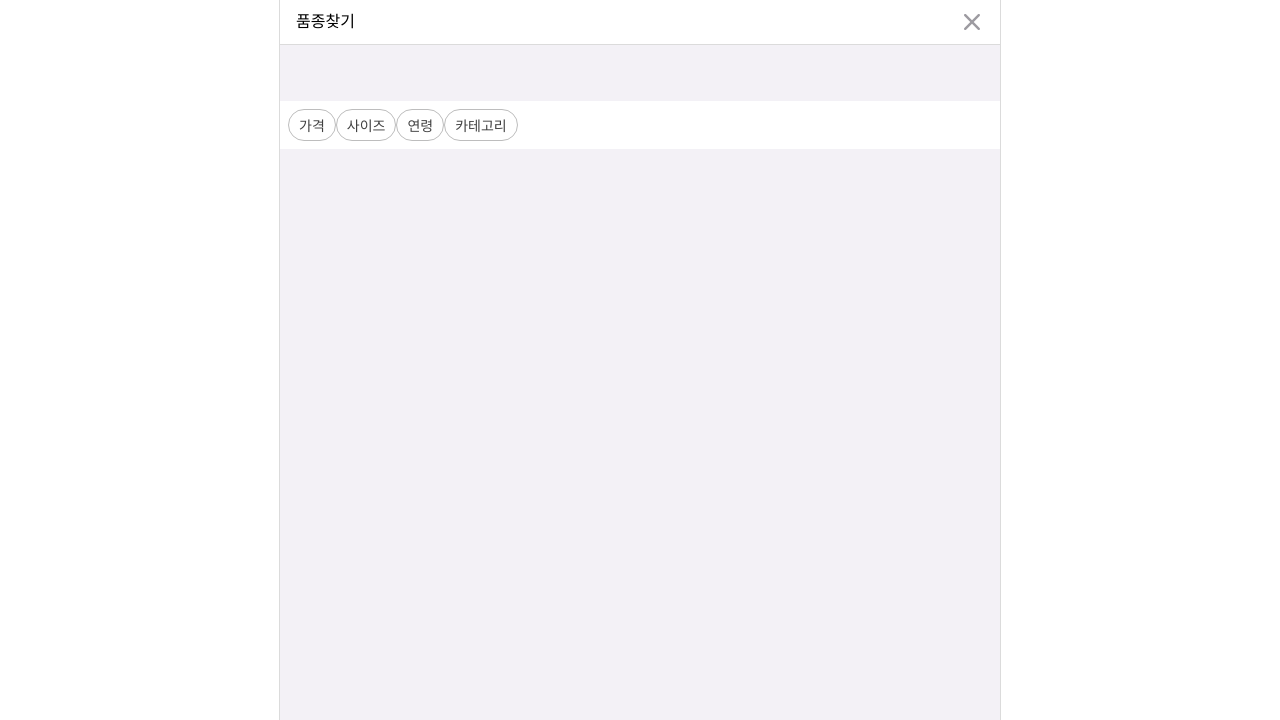
Repository: gosun1018/denguru
Page: search_breed.html
The author's editor kept a copy of each file at every save. The page is drawn from the files as they stood at one save, then again after the next save.
The browser window is 1280 px wide. The pictures show the whole page.
Some web fonts or font styles are not loaded; a fallback is used. The style sheet was rebuilt from its Sass, Less or Tailwind sources for each picture, by a compiler version that may differ from the author's.

Above is the page before, as saved 2020-04-03 17:55:17.

### search_breed.html
<!DOCTYPE html>
<html lang="ko">
<head>
    <meta charset="UTF-8">
    <meta name="viewport" content="width=device-width, initial-scale=1.0">
    <title>Document</title>
    <link rel="stylesheet" href="css/main.css">
</head>
<body>
    <div class="wrap">
        <header class="header08">
            <h1 class="h_title">품종찾기</h1>
            <a href="javascript:document.referrer? history.back() : location.href = 'home_resister_pet.html'" class="h_btn_close"><img src="images/icon-close-page.svg" alt="닫기" class="icon"></a>
        </header>

        <div class="main">
            <div class="pd_header08"></div>
            <section class="sect03 sect_filter_cate mt_head02 swiper-container">
                <h2 class="blind">필터설정</h2>
                <ul class="btn_box swiper-wrapper">
                    <li class="filter_btn swiper-slide">
                        <button type="button" class="btn_filter_popup btn btn_normal_line btn_mid btn_mid_round" aria-controls="tab-panel01">가격</button>
                    </li>
                    <!-- <li class="filter_btn swiper-slide">
                        <button type="button" class="btn_filter_popup btn btn_main btn_mid btn_mid_round" aria-controls="tab-panel01">27,000 ~ 31,000</button>
                    </li> -->
                    <li class="filter_btn swiper-slide">
                        <button type="button" class="btn_filter_popup btn btn_normal_line btn_mid btn_mid_round" aria-controls="tab-panel02">사이즈</button>
                    </li>
                    <li class="filter_btn swiper-slide">
                        <button type="button" class="btn_filter_popup btn btn_normal_line btn_mid btn_mid_round" aria-controls="tab-panel03">연령</button>
                    </li>
                    <li class="filter_btn swiper-slide">
                        <button type="button" class="btn_filter_popup btn btn_normal_line btn_mid btn_mid_round" aria-controls="tab-panel04">카테고리</button>
                    </li>
                    <!-- <li class="filter_btn swiper-slide">
                        <button type="button" class="btn_filter_popup btn btn_main btn_mid btn_mid_round" aria-controls="tab-panel04">카테고리 <span class="num">2</span></button>
                    </li> -->
                </ul>
            </section>
        </div>
    </div>
</body>
</html>

### css/scss/main.scss
@charset "utf-8";

//utils
@import "utils/variables";
@import "utils/mixins";
@import "utils/animations";

// base
@import "base/reset";
@import "base/layout";
@import "base/typography";

//modules
@import "modules/swipercustom";
@import "modules/form";
@import "modules/button";
@import "modules/popup";
@import "modules/popover";
@import "modules/toast";
@import "modules/pagination";

//component
@import "component/header";
@import "component/navigation";
@import "component/itemlist";
@import "component/reviewlist";
@import "component/taglist";
@import "component/postlist";
@import "component/postcontent";

//pages
@import "pages/mainpg";
@import "pages/search";
@import "pages/resister-pet";
@import "pages/review";
@import "pages/home-item-info";
@import "pages/gostore";
@import "pages/store";
@import "pages/password-mail-complete";
@import "pages/my-main";
@import "pages/my-notification";
@import "pages/members";
@import "pages/withdrawal";
@import "pages/order-history";
@import "pages/mycomplain";
@import "pages/category-special";
@import "pages/pick";
@import "pages/personal-info";

### css/scss/utils/_variables.scss
@import url(https://cdn.jsdelivr.net/gh/moonspam/NanumSquare@1.0/nanumsquare.css);

//base color
$main-color: #7953d0;//#5f4899;
$main-bold-color: #5b13d6;
$secondary-color: #ffb025;
$accent-color: #ff4d7e;//#d72d5c;
$primary-color: #0095c6;
$bg-gray-color: #f3f1f6;

//gray-scale
$gray-0: #fff;
$gray-1: #f5f5f5;
$gray-2: #dbdbdb;
$gray-3: #bdbdbd;
$gray-4: #9e9e9e;
$gray-5: #747474;
$gray-6: #616161;
$gray-7: #414141;
$gray-8: #141414;

//FONT

//font-color
$bold-font-color: $gray-8;
$base-font-color: $gray-7;
$light-font-color: $gray-6;
$x-light-font-color: $gray-5;
$main-font-color: $main-color;
$main-bold-font-color: $main-bold-color;
$accent-font-color: $accent-color;
$primary-font-color: $primary-color;

//font-family
$base-font-family: 'NanumSquare','Apple SD Gothic Neo','Malgun Gothic',arial,sans-serif;

//font-size
$base-font-size: 14px;
$xsmall-font-size: ceil($base-font-size * 0.71); //10px
$small-font-size: ceil($base-font-size * 0.85); //12px
$mid-font-size: ceil($base-font-size * 0.92); //13px
$large-font-size: ceil($base-font-size * 1.14); //16px

$title-font-size: ceil($base-font-size * 1.28); //18px

//line-height
$base-line-height: 1.4;
$narrow-line-height: 1.2;
$mid-line-height: 1.6;
$wide-line-height: 1.8;

//
$layout-base-padding: 16px;
$layout-small-padding: $layout-base-padding / 2;
$layout-large-padding: $layout-base-padding * 1.5;

// border
$base-border: 1px solid $gray-3;
$light-border: 1px solid $gray-2;
$x-light-border: 1px solid $gray-1;
$main-border: 1px solid $main-color;
$secondary-border: 1px solid $secondary-color;
$accent-border: 1px solid $accent-color;
$primary-border: 1px solid $primary-color;

//border-radius
$base-border-radius: 5px;
$large-border-radius: 10px;

// fixed component height
$gnb-bottom-height: $layout-base-padding * 3.5;
$nav-gostore-height: 48px;
$nav-edit-pick-height: $layout-base-padding * 3.5;

$header-height01: $layout-base-padding * 3.5;
$header-height02: $layout-base-padding * 3.5;
$header-height03: 45px;
$header-height04: 45px;
$header-height05: 45px;
$header-height06: $layout-base-padding * 3.5;
$header-height08: 45px;

### css/scss/utils/_mixins.scss
@mixin clearfix {
    &:after {
        content: '';
        display: block;
        clear: both;
    }
}

@mixin position-center($position) {
    position: $position;
    top: 50%;
    left: 50%;
    transform: translate(-50%, -50%);
}

@mixin one-line-ellipsis {
    white-space: nowrap;
    text-overflow: ellipsis;
    overflow: hidden;
}

@mixin multi-line-ellipsis ($line-height, $lines) {
    overflow: hidden;
    text-overflow: ellipsis;
    display: -webkit-box;
    -webkit-line-clamp: $lines;
    -webkit-box-orient: vertical;
    word-wrap: break-word;
    line-height: $line-height;
    height: $line-height * $lines * 1em;
}

@mixin circle ($box-size) {
    width: $box-size;
    height: $box-size;
    border-radius: $box-size / 2;
}

@mixin blind {
    position: absolute;
    overflow: hidden;
    clip: rect(0 0 0 0);
    margin: -1px;
    width: 1px;
    height: 1px;
}

@mixin layout-frame {
    width: 100%;
    max-width: 720px;
    min-width: 320px;
}

@mixin thumnail {
    position: relative;
    overflow: hidden;

    .img {
        position: absolute;
        top: 0;
        left: 0;
        width: 100%;
        height: 100%;
        object-fit: cover;
    }
}

@mixin thumnail-border($radius) {
    position: relative;

    &:after {
        content: '';
        position: absolute;
        top: 0;
        left: 0;
        width: 100%;
        height: 100%;
        box-sizing: border-box;
        border: 1px solid rgba($gray-2, 0.5);
        border-radius: $radius;
    }
}

@mixin btn-color-full($color) {
    background-color: $color;
    border: 1px solid $color;
}

### css/scss/utils/_animations.scss
@keyframes width-0-to-100 {
    from {
        width: 0;
    }

    to {
        width: 100%;
    }
}

### css/scss/base/_reset.scss
/* http://meyerweb.com/eric/tools/css/reset/
   v2.0 | 20110126
   License: none (public domain)
*/

html, body, div, span, applet, object, iframe, h1, h2, h3, h4, h5, h6, p, blockquote, pre, a, abbr, acronym, address, big, cite, code, del, dfn, em, img, ins, kbd, q, s, samp, small, strike, strong, sub, sup, tt, var, b, u, i, center, dl, dt, dd, ol, ul, li, fieldset, form, label, legend, table, caption, tbody, tfoot, thead, tr, th, td, article, aside, canvas, details, embed, figure, figcaption, footer, header, hgroup, menu, nav, output, ruby, section, summary, time, mark, audio, video {
    margin: 0;
    padding: 0;
    border: 0;
    font-size: 100%;
    font: inherit;
    vertical-align: baseline; }

  /* HTML5 display-role reset for older browsers */

  article, aside, details, figcaption, figure, footer, header, hgroup, menu, nav, section {
    display: block; }

  body {
    line-height: 1; }

  ol, ul {
    list-style: none; }

  blockquote, q {
    quotes: none; }

  blockquote {
    &:before, &:after {
      content: '';
      content: none; } }

  q {
    &:before, &:after {
      content: '';
      content: none; } }

  table {
    border-collapse: collapse;
    border-spacing: 0; }

  a {
    color: inherit;
    text-decoration: none;
  }
  :focus {
    outline-color: $main-color;
  }

### css/scss/modules/_swipercustom.scss
.swiper-pagination {

    .swiper-pagination-bullet {
        width: 8px;
        height: 8px;
    }
}
.swiper-container-horizontal>.swiper-pagination-bullets .swiper-pagination-bullet {
    margin: 0 $layout-small-padding;
}

.pagination_main {
    .swiper-pagination-bullet {
        background-color: #b8b3c3;
        opacity: 1;
    }
    .swiper-pagination-bullet-active {
        background-color: $main-color;
    }
}
.pagination_white {
    .swiper-pagination-bullet {
        background-color: #b8b3c3;
        opacity: 1;
    }
    .swiper-pagination-bullet-active {
        background-color: $gray-0;
    }
}
.swiper-pagination {font-size: 0;}

.items_wrap.swiper-container {
    padding: 0 $layout-base-padding 10px;
}

### css/scss/modules/_popover.scss
.popover_container {
    position: relative;
}
.popover {
    display: none;
    position: absolute;
    padding: 8px;
    border-radius: $base-border-radius;
    word-break: keep-all;
    font-size: $base-font-size;
    line-height: $base-line-height;
    box-shadow: 0 1px 4px rgba(0,0,0,0.15);

    &:before {
        content: '';
        position: absolute;
        display: block;
        width: 12px;
        height: 12px;
        // border: 5px solid transparent;
        background-repeat: no-repeat;
        background-size: contain;
        background-position: center bottom;
    }
    &.show {
        display: block;
    }
}
.popover_main {
    background-color: #ebe3ff;
    color: $base-font-color;
    border: 1px solid #cac2de;

    &.popover_right_top:before {
        background-image: url(/images/popover-triangle-main.png);
    }
}
.popover_right_top{
    top: calc(100% + 6px);
    right: -5px;

    &:before {
        top: -12px;
        right: 5px;
    }
}

### css/scss/modules/_toast.scss
.toast_box {
    position: fixed;
    bottom: $gnb-bottom-height;
    left: $layout-base-padding;
    right: $layout-base-padding;
    display: flex;
    justify-content: center;
    align-items: center;
    padding: $layout-small-padding;
    min-height: 48px;
    box-sizing: border-box;
    background-color: rgba(0,0,0,0.85);
    color: #fff;
    font-size: $base-font-size;
    line-height: $base-line-height;
    text-align: center;
    word-break: keep-all;
    border-radius: $large-border-radius;
    overflow: hidden;
    visibility: hidden;
    opacity: 0;
    transition: opacity .5s, visibility .5s, transform .5s;
    z-index: 900;

    &.show {
        opacity: 1;
        visibility: visible;
        transform: translate(0, $layout-small-padding*-1);
    }
}

### css/scss/modules/_pagination.scss
.pagination01 {
    display: flex;
    justify-content: center;

    .page {
        height: 24px;
        min-width: 24px;
        padding: 0 3px;
        box-sizing: border-box;
        border-radius: 12px;
        margin: 0 4px;
        text-align: center;
        font-size: $base-font-size;
        line-height: 24px;
        color: $light-font-color;

        &.active {
            background-color: $main-color;
            color: $gray-0;
            font-weight: 900;
        }
        &.disabled {
            opacity: .5;
        }
    }
    .page_link {
        display: block;
        width: 100%;
        height: 100%;

        .icon {
            padding-top: 3px;
            // height: 100%;
            object-fit: contain;
        }
    }
}

### css/scss/component/_taglist.scss
.tag_list01 {

    .tag_item {
        width: fit-content;
        float: left;

        .btn {
            margin: 0 4px;
        }
        &:first-child .btn {
            margin-left: $layout-base-padding;
        }
        &:last-child .btn {
            margin-right: $layout-base-padding;
        }

        &.active .btn {
            font-weight: bold;
            background-color: $secondary-color;
            border-color: $secondary-color;
        }
    }
}

### css/scss/component/_postlist.scss
.post_list_wrap {
    flex: 1;
    padding: $layout-small-padding 0 $layout-base-padding;
    background-color: $gray-0;

    .pagination01 {
        margin-top: $layout-base-padding * 2;
    }
}

.post_list01 {
    padding: 0 $layout-base-padding;

    .post_item {
        padding: $layout-base-padding 0;
        border-bottom: $light-border;
    }
    .post_date {
        margin-bottom: $layout-small-padding;
        font-size: $small-font-size;
        color: $light-font-color;
    }
    .post_title {
        font-size: $base-font-size;
        color: $bold-font-color;
        @include multi-line-ellipsis($base-line-height,2);
        height: auto;
        max-height: $base-line-height * 2em;

        .icon_new {
            height: 1em;
            vertical-align: middle;
        }
    }
}

### css/scss/pages/_gostore.scss
.h_load_bar_box {
    display: none;
    width: 100%;
    height: 4px;
    background-color: $bg-gray-color;
    overflow: hidden;

    &.show {
        display: block;
    }

    .h_load_bar {
        width: 0;
        height: 100%;
        background-color: $main-color;
        border-radius: 0 2px 2px 0;
        animation: ease-in-out 5s forwards width-0-to-100;
    }
}

.load_gostore_container {
    display: none;
    flex: 1;
    box-sizing: border-box;
    flex-direction: column;
    background-color: $gray-0;

    &.show {
        display: flex;
    }

    .load_img_container {
        display: flex;
        flex: 7;
        justify-content: center;
        align-items: center;
    }
    .load_img_box {
        width: 140px;
        margin: 0 auto 22px;
    }
    .load_txt_box {
        text-align: center;

        .txt01 {
            font-size: 20px;
            color: $base-font-color;
            font-weight: 900;
        }
        .txt02 {
            margin-top: $layout-small-padding;
            font-size: $large-font-size;
            color: $base-font-color;
        }
        .emph {
            color: $main-font-color;
        }
    }
    .load_notice_container {
        display: flex;
        justify-content: center;
        align-items: center;
        flex: 3;
        background-color: $gray-1;
        text-align: center;
        font-size: $small-font-size;
        line-height: $base-line-height;
        color: $light-font-color;
    }
}
.page_store {
    display: none;
    flex: 1;
    overflow-y: auto;
    overflow-x: hidden;

    &.show {
        display: block;
    }
}

### css/scss/pages/_password-mail-complete.scss
.mail_complete_container {
    height: 100vh;
    display: flex;
    flex-direction: column;
    justify-content: center;
    align-items: center;
    background-color: $gray-0;

    .img_motion_box {
        width: 140px;
        margin: 0 auto;

        .img {
            width: 100%;
        }
    }
    .mail_complete_txt01 {
        margin-top: $layout-large-padding;
        text-align: center;
        font-size: 20px;
        line-height: $narrow-line-height;
        font-weight: 900;

        .emph {
            color: #8054ea;
        }
    }
    .mail_complete_txt02 {
        margin-top: 12px;
        text-align: center;
        font-size: $base-font-size;
        line-height: $base-line-height;
        color: $base-font-color;
    }
    .btn_box {
        margin-top: 60px;
        justify-content: center;
    }
    .btn_mail_success {
        width: 90px;
        height: 40px;
        font-size: $large-font-size;
        line-height: 40px;
    }
}

### css/scss/pages/_my-notification.scss
.notification_list_container {
    background-color: $gray-0;

    .notification_box {
        position: relative;
        padding: $layout-large-padding $layout-base-padding;

        &:not(:first-child):before {
            content: '';
            display: block;
            position: absolute;
            top: 0;
            left: $layout-base-padding;
            right: $layout-base-padding;
            height: 1px;
            background-color: $gray-1;
        }
    }
    .notification_new {
        background-color: $bg-gray-color;
    }
    .notification_link {
        display: flex;
    }
    .icon_box {
        flex-shrink: 0;
        width: 24px;
        height: 24px;
        margin-right: $layout-base-padding;
    }
    .notification_content {
        flex: 1;
    }
    .notification_title {
        font-size: $base-font-size;
        color: $bold-font-color;
        line-height: $base-line-height;
    }
    .notification_date {
        margin-top: 4px;
        font-size: $small-font-size;
        color: $light-font-color;
    }
    .notification_img {
        margin-top: $layout-base-padding;
    }
}

### css/scss/pages/_withdrawal.scss
.withdrawal_title_container {
    padding: $layout-base-padding*2 $layout-base-padding;
    background-color: $gray-0;

    .img_box {
        height: 64px;

        .img {
            height: 100%;
            object-fit: contain;
        }
    }
    .withdrawal_title {
        margin-top: $layout-base-padding;
        font-size: $title-font-size;
        font-weight: bold;
        color: $bold-font-color;
    }
}
.withdrawal_info_container {
    padding: $layout-large-padding 0;

    .withdrawal_item_num {
        font-weight: bold;
        color: $main-font-color;
    }
    .title07 {
        margin: 0 $layout-base-padding;
    }
}
.withdrawal_item_box {
    margin-bottom: $layout-large-padding;

    .withdrawal_item_list_container {
        margin-top: $layout-small-padding;
    }
    .thumb_box {
        width: 56px;
        height: 56px;
        overflow: hidden;
        border-radius: $base-border-radius;
        @include thumnail;
    }
    .withdrawal_item_bnr {
        margin: $layout-base-padding $layout-base-padding 0;
    }
}
.withdrawal_notice_box {
    padding: 0 $layout-base-padding;

    .withdrawal_notice {
        margin-top: $layout-small-padding;
        font-size: $small-font-size;
        color: $base-font-color;
        line-height: $base-line-height;
    }
}
.withdrawal_btn_container {
    flex: 1;
    padding: $layout-large-padding $layout-base-padding;
    background-color: $gray-0;

    .btn_box {
        margin-top: $layout-large-padding;
    }
}

### css/scss/pages/_category-special.scss
.category_wrap {
    background-color: $gray-0;

    .title08 {
        padding: $layout-large-padding $layout-base-padding 0;
    }
}

.special_wrap {
    margin-top: $layout-small-padding;
    padding-bottom: $layout-large-padding;
    flex: 1;
    background-color: $gray-0;

    .title08 {
        padding: $layout-large-padding $layout-base-padding 0;
    }
    .store_list_hash {
        padding-bottom: 0;
    }
    .banner_list {
        padding: 0 $layout-base-padding;
    }
    .banner_box{
        border-radius: $base-border-radius;
        overflow: hidden;

        &:not(:last-child) {
            margin-bottom: $layout-base-padding;
        }
    }
}
.special_item_list_container {

    .title09 {
        padding: 0 $layout-base-padding;
        margin-bottom: $layout-base-padding;
    }
}
.event_post_content_wrap {
    padding-top: $layout-large-padding;
    background-color: $gray-0;

    .title06 {
        margin: 0 $layout-base-padding $layout-base-padding;
    }
}

### css/scss/pages/_pick.scss
.pick_title_box {
    display: flex;
    align-items: center;
    padding: $layout-large-padding $layout-base-padding;
    background-color: $gray-0;

    .pick_title_btn_box {
        font-size: 0;
    }
    .btn_pick {
        display: inline-block;
        width: 20px;
        height: 20px;
        margin-left: $layout-base-padding;
        font-size: 10px;

    }
}
.pick_items_wrap {
    flex: 1;
    background-color: $gray-0;

    .title07 {
        margin: 0 $layout-base-padding $layout-base-padding;
    }
    .emph_color_main {
        font-size: $mid-font-size;
        font-weight: bold;
    }
    .items_wrap {
        padding-bottom: $layout-large-padding;
    }
    .item_box {
        position: relative;
    }
    .store_box {
        .pick_num_item {
            flex-shrink: 0;
            min-width: 38px;
            margin-left: $layout-small-padding;
            font-size: $base-font-size;
            color: $main-font-color;
            text-align: right;
        }
        .icon {
            height: 20px;
            vertical-align: middle;
        }
    }
}
.pick_inp_check_box {
    position: absolute;
    top: 0;
    left: 0;
    width: 100%;
    height: 100%;
    border-radius: $base-border-radius;
    overflow: hidden;

    .lab_check {
        display: block;
        width: 100%;
        height: 100%;

        &:before {
            content: '';
            display: block;
            width: 20px;
            height: 20px;
            box-sizing: border-box;
            border: 1px solid #fff;
            border-radius: 10px;
            position: absolute;
            top: 4px;
            left: 4px;
            background-image: url(/images/icon-checkbox-circle.svg);
            background-repeat: no-repeat;
            background-size: contain;
        }
    }
    .inp_check:checked + .lab_check {
        background-color: rgba($main-color,0.2);

        &:before {
            background-image: url(/images/icon-checkbox-circle-checked.svg);
        }
    }
}

### css/scss/pages/_personal-info.scss
.recommand_password_container {
    flex: 1;
    display: flex;
    flex-direction: column;
    justify-content: center;
    // align-items: center;
    background-color: $gray-0;
    padding: 48px 0;
}
.recommand_password_title_box {
    margin-bottom: $layout-large-padding;
    font-size: $title-font-size;
    font-weight: bold;
    color: $bold-font-color;
    line-height: $narrow-line-height;
}
.recommand_password_img_box {
    margin: 0 auto $layout-base-padding;
    height: 96px;
    text-align: center;

    .img {
        height: 100%;
    }
}
.recommand_password_txt_box {
    padding: 0 $layout-base-padding;
    margin-bottom: $layout-large-padding;
    font-size: $base-font-size;
    color: $base-font-color;
    line-height: $base-line-height;
}
.change_password_form_container {
    padding: 0 $layout-base-padding*2;

    .btn {
        font-size: $base-font-size;
        height: 40px;
        line-height: 38px;
    }
    .inp_box04 {
        margin-bottom: $layout-base-padding;
    }
    .inp_txt::placeholder {
        font-size: 12px;
    }
    @media screen and (max-width: 359px) {
        padding: 0 $layout-base-padding;
    }
}

Loaded but not shown: css/scss/component/_reviewlist.scss (493 lines, source omitted); css/scss/modules/_form.scss (447 lines, source omitted); css/scss/pages/_search.scss (451 lines, source omitted); css/scss/component/_header.scss (459 lines, source omitted); css/scss/pages/_review.scss (399 lines, source omitted); css/scss/component/_itemlist.scss (324 lines, source omitted); css/scss/pages/_my-main.scss (264 lines, source omitted); css/scss/pages/_store.scss (238 lines, source omitted); css/scss/modules/_popup.scss (241 lines, source omitted); css/scss/pages/_home-item-info.scss (180 lines, source omitted); css/scss/pages/_order-history.scss (188 lines, source omitted); css/scss/component/_navigation.scss (177 lines, source omitted); css/scss/pages/_members.scss (167 lines, source omitted); css/scss/modules/_button.scss (181 lines, source omitted); css/scss/component/_postcontent.scss (143 lines, source omitted); css/scss/pages/_mycomplain.scss (126 lines, source omitted); css/scss/pages/_mainpg.scss (130 lines, source omitted); css/scss/pages/_resister-pet.scss (116 lines, source omitted); css/scss/base/_typography.scss (112 lines, source omitted); css/scss/base/_layout.scss (118 lines, source omitted)

After the next save:
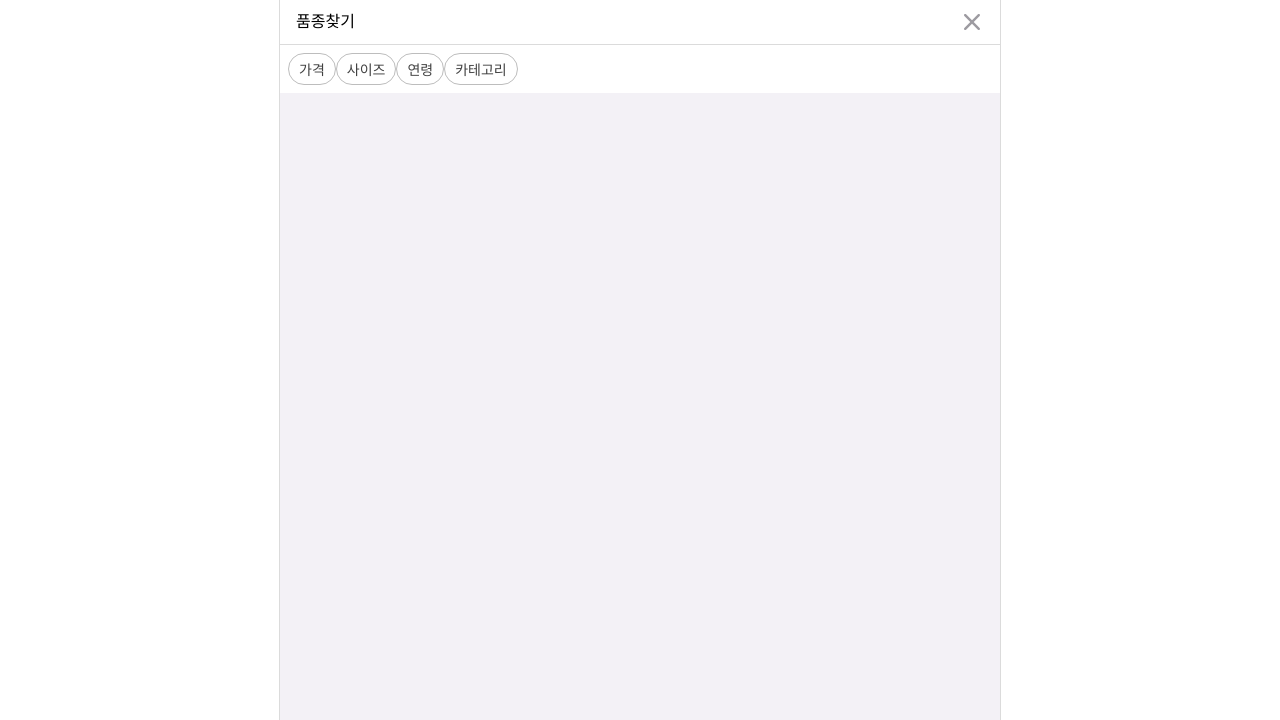
Saved 41 s later.
--- a/search_breed.html
+++ b/search_breed.html
@@ -15,7 +15,7 @@
 
         <div class="main">
             <div class="pd_header08"></div>
-            <section class="sect03 sect_filter_cate mt_head02 swiper-container">
+            <section class="sect03 sect_filter_cate swiper-container">
                 <h2 class="blind">필터설정</h2>
                 <ul class="btn_box swiper-wrapper">
                     <li class="filter_btn swiper-slide">
